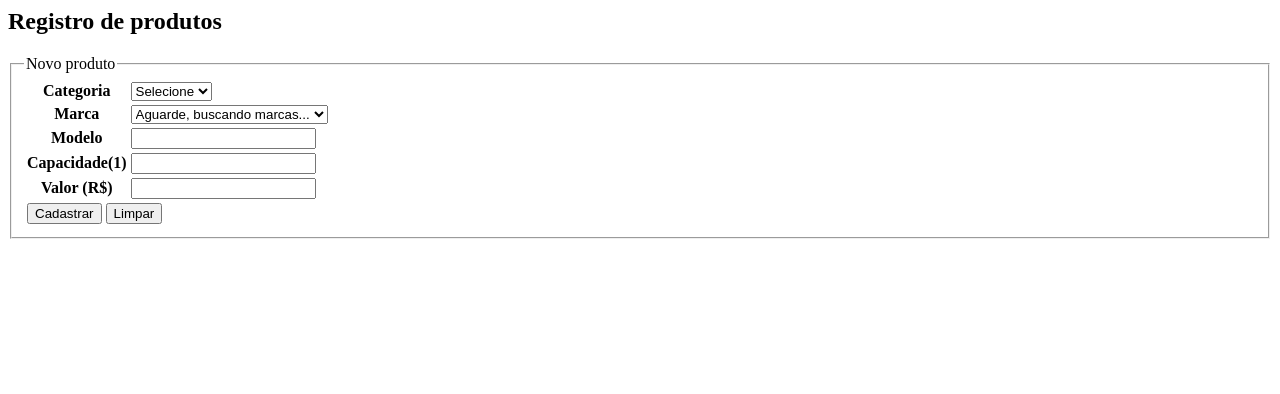
Repository: Ro4ever/ProjetoTrilhaWeb
Page: ProjetoTrilhaWeb/src/main/webapp/pages/admin/product/index.html
These files come from the project's save history. The page is drawn as it stood at one moment and after the next save; the edit follows.
The browser window is 1280 px wide. The pictures show the whole page.

Above is the page before, as saved 2024-04-22 23:41:22.
Console error: ReferenceError: COLDIGO is not defined

### ProjetoTrilhaWeb/src/main/webapp/pages/admin/product/index.html
<script src="../../js/product.js"></script>

<h2>Registro de produtos</h2>
<form name="frmAddProduto" id="addProduto" class="frmInserir">
	<fieldset>
		<legend>Novo produto</legend>
		<table>
			<tr>
				<th>Categoria</th>
				<td>
					<select name="categoria">
						<option value="">Selecione</option>
						<option value="1">Geladeira</option>
						<option value="2">Freezer</option>
					</select>
				</td>
			</tr>
			<tr>
				<th>Marca</th>
				<td>
					<select name="marcaId" id="selMarca">
						<option value="" class="buscando">Aguarde, buscando marcas...</option>
					</select>
				</td>
			</tr>
			<tr>
				<th>Modelo</th>
				<td>
					<input type="text" name="modelo">
				</td>
			</tr>
			<tr>
				<th>Capacidade(1)</th>
				<td>
					<input type="text" name="capacidade">
				</td>
			</tr>
			<tr>
				<th>Valor (R$)</th>
				<td>
					<input type="text" name="valor">
				</td>
			</tr>
			<tr>
				<td colspan="2">
					<button type="button" onclick="COLDIGO.produto.cadastrar()">Cadastrar</button>
					<button type="reset">Limpar</button>
				</td>
			</tr>
		</table>
	</fieldset>
</form>

### ProjetoTrilhaWeb/src/main/webapp/js/product.js
COLDIGO.produto = new Object();

$(document).ready(function() {
	//Carrega as marcas registradas no BD no select do formulário de inserir
	COLDIGO.produto.carregarMarcas = function(){
		alert("Tentando buscar marcas");
		$.ajax({
			type: "GET",
			url: COLDIGO.PATH + "marca/buscar",
			success: function(marcas) {
				if(marcas!=""){
					$("#selMarca").html("");
					var option = document.createElement("option");
					option.setAttribute("value", "");
					option.innerHTML = ("Escolha");
					$("selMarca").append(option);

					for(var i = 0; i < marcas.length; i++) {
						var option = document.createElement("option");
						option.setAttribute("value", marcas[i].id);
						option.innerHTML = (marcas[i].nome);
						$("#selMarca").append(option);
					}
				}else{
					$("selMarca").html("");

					var option = document.createElement("option");
					option.setAttribute ("value", "");
					option.innerHTML = ("Cadastre uma marca primeiro!");
					$("selMarca").append(option);
					$("selMarca").addClass("aviso");
				}
			},
			error: function(info){

				COLDIGO.exibirAviso("Erro ao buscar as marcas: " + info.status + " - " + info.statusText);

				$("selMarca").html("");
				var option = document.createElement("option");
				option.setAttribute ("value", "");
				option.innerHTML = ("Erro ao carregar marcas!");
				$("selMarca").append(option);
				$("selMarca").addClass("aviso");
			}
		});

	}

	COLDIGO.produto.carregarMarcas();

	//Cadastra no BD o produto informado
	COLDIGO.produto.cadastrar = function(){

		var produto = new Object();
		produto.categoria = document.frmAddProduto.categoria.value;
		produto.marcaId = document.frmAddProduto.marcaId.value;
		produto.modelo = document.frmAddProduto.modelo.value;
		produto.capacidade = document.frmAddProduto.capacidade.value;
		produto.valor = document.frmAddProduto.valor.value;

		alert(JSON.stringify(produto));

		if((produto.categoria=="")||(produto.marcaId=="")||(produto.modelo=="")
				||(produto.capacidade=="")||(produto.valor=="")){
				COLDIGO.exibirAviso("Preencha todos os campos!");

				}else{

					$.ajax({
						type: "POST",
						url: COLDIGO.PATH + "produto/inserir",
						data:JSON.stringify(produto),
						success: function (msg){
							alert(JSON.stringify(msg));
							COLDIGO.exibirAviso(msg);
							$("addProduto").trigger("reset");
						},
						error: function(info){
							COLDIGO.exibirAviso("Erro ao cadastrar um novo produto" + info.status + " - " + info.statusText);
						}
					})
				}
	}

});

After the next save:
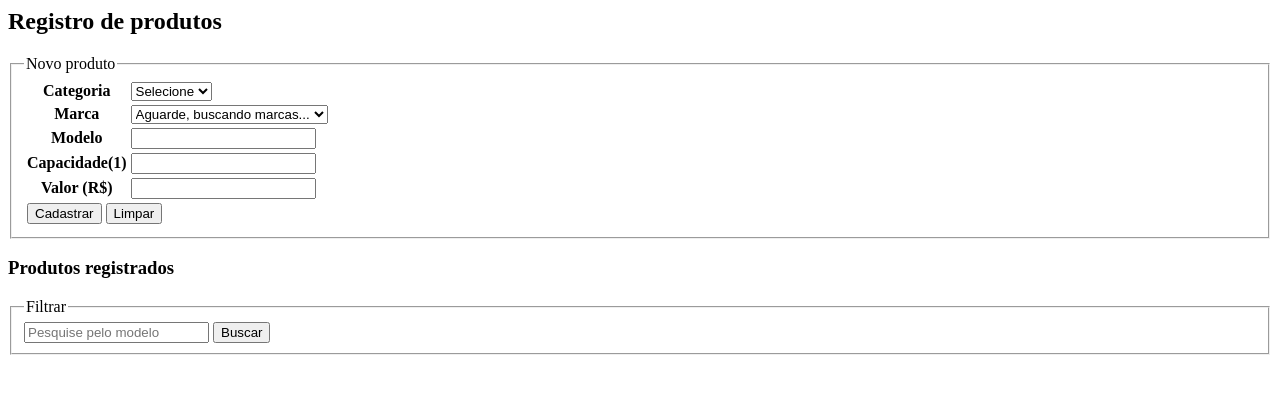
Saved 24 h 0 min later.
--- a/ProjetoTrilhaWeb/src/main/webapp/pages/admin/product/index.html
+++ b/ProjetoTrilhaWeb/src/main/webapp/pages/admin/product/index.html
@@ -50,3 +50,13 @@
 		</table>
 	</fieldset>
 </form>
+<h3>Produtos registrados</h3>
+<form id="filtrarProduto" class="frmFiltrar">
+	<fieldset>
+		<legend>Filtrar</legend>
+		<input type="text" name="txtbusca" id="campoBuscaProduto" placeholder="Pesquise pelo modelo">
+		<button type="button">Buscar</button>
+	</fieldset>
+</form>
+<div id="listaProdutos" class="listaRegistros">
+</div>
